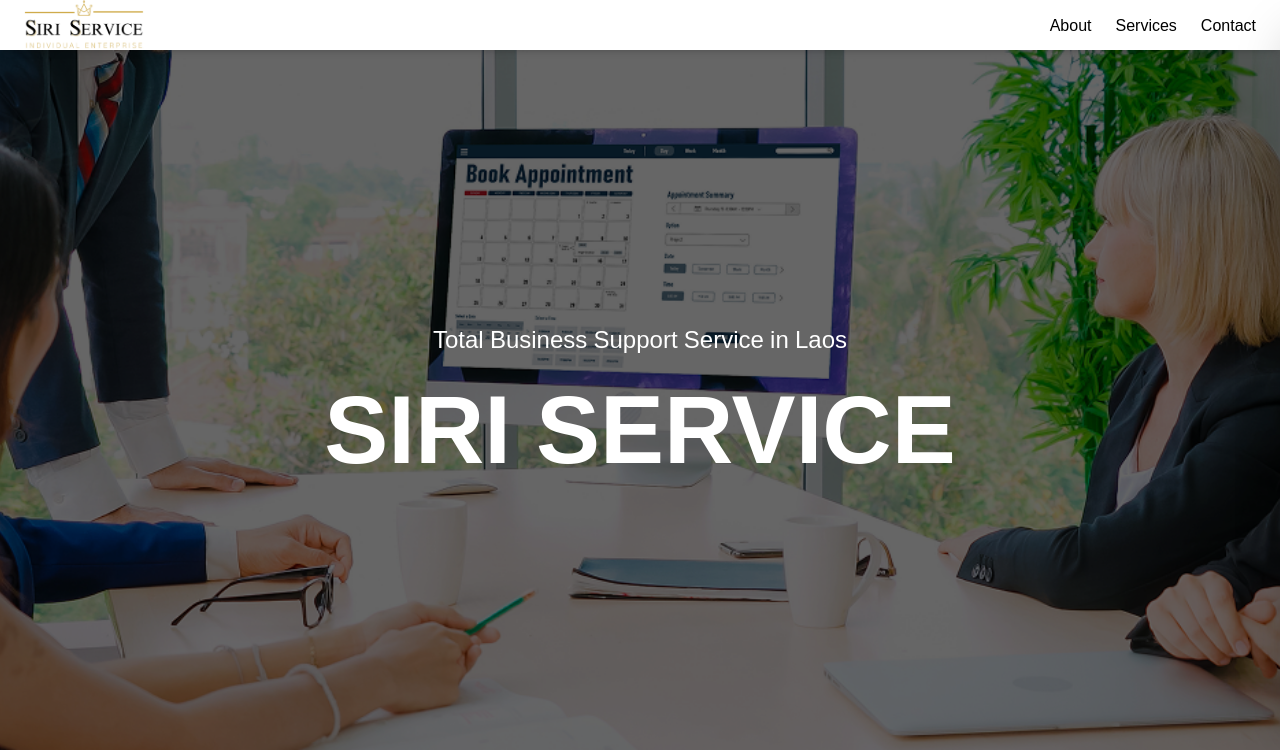
Repository: Phailin-teamplate/siri-service-web
Page: /
An editor plug-in stored every save of this project. The page is shown before and after the next save, followed by the edit.
The browser window is 1280 px wide. The pictures show the whole page.
The project was rebuilt for these pictures with package versions that can differ from the ones it lists, and the page was loaded fresh each time. The framework's server and built-in components were replaced by stand-ins that run in the browser. Also part of the build but not shown: next.config.ts.

Above is the page before, as saved 2025-07-02 13:58:24.

### src/app/layout.tsx
"use client";

import React, { useState, useEffect } from "react";
import { ArrowUpIcon } from "@heroicons/react/24/solid"; // Importing the arrow icon
import { Geist, Geist_Mono } from "next/font/google";
import { Inter, Noto_Sans_Lao } from "next/font/google";
import "./globals.css";
import Navbar from "@/src/components/navbar";

const inter = Inter({ subsets: ["latin"] });
const notoSansLao = Noto_Sans_Lao({ subsets: ["lao"] });

const geistSans = Geist({
  variable: "--font-geist-sans",
  subsets: ["latin"],
});
const geistMono = Geist_Mono({
  variable: "--font-geist-mono",
  subsets: ["latin"],
});

export default function RootLayout({
  children,
}: Readonly<{
  children: React.ReactNode;
}>) {
  const [isVisible, setIsVisible] = useState(false);

  // Detect scroll position and show button when scrolling down
  const handleScroll = () => {
    if (window.scrollY > 300) {
      setIsVisible(true);
    } else {
      setIsVisible(false);
    }
  };

  useEffect(() => {
    window.addEventListener("scroll", handleScroll);
    return () => {
      window.removeEventListener("scroll", handleScroll);
    };
  }, []);

  const scrollToTop = () => {
    window.scrollTo({ top: 0, behavior: "smooth" });
  };

  return (
    <html lang="en">
      <body
        className={`${geistSans.variable} ${geistMono.variable} ${inter.className}  ${notoSansLao.className} antialiased`}
      >
        <Navbar />
        {children}
        {/* <Footer /> */}

        {/* Popup Button with Icon for Scrolling to Top */}
        {isVisible && (
             <button
             onClick={scrollToTop}
             className="fixed bottom-2 right-5 md:bottom-5 md:right-10 bg-blue-500 text-white p-2 md:p-4 rounded-full shadow-lg hover:bg-blue-600 focus:outline-none transition-transform transform hover:scale-110"
           >
             {/* Heroicon Arrow Up Icon */}
             <ArrowUpIcon className="h-5 w-5 md:h-6 md:w-6" />
           </button>
        )}
      </body>
    </html>
  );
}

### src/app/page.tsx
import React from "react";
import Homepage from "@/src/components/Homepage";

export const metadata = {
  title: "About | TEAMPLATE",
  description:
    "Learn about TEAMPLATE — our story, mission, team, and values that drive our innovation.",
  keywords: ["teamplate", "about", "our story", "mission", "values", "team"],
  openGraph: {
    title: "About | TEAMPLATE",
    description:
      "Discover TEAMPLATE's story, mission, and the people behind our success.",
    url: "https://yourdomain.com/about",
    siteName: "TEAMPLATE",
    images: [
      {
        url: "https://yourdomain.com/images/about-og.jpg", // ✅ Replace with actual path
        width: 1200,
        height: 630,
        alt: "About TEAMPLATE",
      },
    ],
    locale: "en_US",
    type: "website",
  },
};

export default function Home() {
  return (
    <section className="w-full" id="about">
      <Homepage/>
    </section>
  );
}

### src/components/navbar.tsx
import { useState, useCallback, useEffect } from "react";
import Image from "next/image";
import { Menu, X } from "lucide-react";
import Logo from "@/public/logo/Siri Service.png";

export default function Navbar() {
  const [isOpen, setIsOpen] = useState(false);

  // Function for smooth scrolling
  const handleSmoothScroll = useCallback((targetId: string) => {
    setIsOpen(false); // Close the sidebar

    if (targetId === "/") {
      window.scrollTo({ top: 0, behavior: "smooth" });
    } else {
      const targetElement = document.querySelector(targetId);
      if (targetElement) {
        targetElement.scrollIntoView({ behavior: "smooth" });
      }
    }
  }, []);

  const [isScrolled, setIsScrolled] = useState(false);

  // Detect scroll to change navbar background
  useEffect(() => {
    const handleScroll = () => {
      const scrollTop = window.scrollY;
      setIsScrolled(scrollTop > 10); // Trigger when scrolled 10px
    };

    window.addEventListener("scroll", handleScroll);

    return () => window.removeEventListener("scroll", handleScroll);
  }, []);

  return (
    <div className="w-full sticky top-0 z-50 bg-white shadow-md">
      <nav className="flex items-center justify-between px-6">
        {/* Logo */}
        <button
          onClick={() => handleSmoothScroll("/")}
          className="p-0 border-none bg-transparent active:opacity-80"
        >
          <Image
            className="w-20 sm:w-20 md:w-30 lg:w-30 xl:w-30 2xl:w-30 h-auto"
            src={Logo}
            alt="Appstore"
            priority
          />
        </button>

        {/* Desktop Links */}
        <div className="hidden md:flex gap-6">
          <button
            onClick={() => handleSmoothScroll("#about")}
            className="hover:text-blue-600 hover:underline transition-colors text-black duration-200 cursor-pointer"
          >
            About
          </button>
          <button
            onClick={() => handleSmoothScroll("#services")}
            className="hover:text-blue-600 hover:underline transition-colors text-black duration-200 cursor-pointer"
          >
            Services
          </button>
          <button
            onClick={() => handleSmoothScroll("#contact")}
            className="hover:text-blue-600 hover:underline transition-colors text-black duration-200 cursor-pointer"
          >
            Contact
          </button>
        </div>

        {/* Mobile Menu Button */}
        <button
          className="md:hidden focus:outline-none"
          onClick={() => setIsOpen(!isOpen)}
          aria-label="Toggle Menu"
        >
          {isOpen ? <X size={28} /> : <Menu size={28} />}
        </button>
      </nav>

      {/* Overlay (Closes menu when clicked) */}
      {isOpen && (
        <div
          className="fixed inset-0 z-40"
          onClick={() => setIsOpen(false)}
        ></div>
      )}

      {/* Mobile Sidebar */}
      <div
        className={`fixed top-0 right-0 h-full w-64 bg-white shadow-2xl p-6 flex flex-col transition-transform ${
          isOpen ? "translate-x-0" : "translate-x-full"
        } duration-300 ease-in-out z-50`}
      >
        {/* Sidebar Header */}
        <div className="flex justify-between items-center pb-4 mt-1">
          <h3 className="text-black text-2xl font-semibold">Menu</h3>
          <button
            className="text-black text-3xl font-bold focus:outline-none"
            onClick={() => setIsOpen(false)}
            aria-label="Close Menu"
          >
            <X size={28} />
          </button>
        </div>

        {/* Sidebar Links */}
        <div className="flex flex-col items-start gap-4 pb-4">
          <button
            onClick={() => handleSmoothScroll("#about")}
            className="hover:text-blue-600 hover:underline transition-colors duration-200 cursor-pointer"
          >
            About
          </button>
          <button
            onClick={() => handleSmoothScroll("#services")}
            className="hover:text-blue-600 hover:underline transition-colors duration-200 cursor-pointer"
          >
            Services
          </button>
          <button
            onClick={() => handleSmoothScroll("#contact")}
            className="hover:text-blue-600 hover:underline transition-colors duration-200 cursor-pointer"
          >
            Contact
          </button>
        </div>
      </div>
    </div>
  );
}

### src/components/Homepage.tsx
import Image from "next/image";
import BgSiri from "@/public/bg-siri.png";
import type { Metadata } from "next";

export const metadata: Metadata = {
  title: "SiriService | About Us",
  description: "We are a Laos-based IT startup aiming for the global market.",
};

export default function Homepage() {
  return (
    <div className="flex flex-col ">
      <div className="flex justify-center">
        <div className="relative w-full h-[400px] xs:h-[600px] sm:h-[650px] md:h-[700px] lg:h-[700px]">
          {/* Background Image */}
          <Image src={BgSiri} alt="StartUp" fill className="object-cover" />

          {/* Gradient Overlay */}
          <div className="absolute inset-0 bg-black/60 z-10" />

          {/* Centered Content */}
          <div className="absolute inset-0 z-20 flex flex-col items-center justify-center text-center px-4">
            <div className="mb-4 sm:mb-6">
              <p className="text-white text-sm xs:text-base sm:text-xl md:text-2xl font-medium">
                Total Business Support Service in Laos
              </p>
            </div>
            <h1 className="text-white text-4xl xs:text-5xl sm:text-6xl md:text-7xl lg:text-8xl font-bold">
              SIRI SERVICE
            </h1>
          </div>
        </div>
      </div>


    </div>
  );
}

Loaded but not shown: src/app/globals.css (common file)

After the next save:
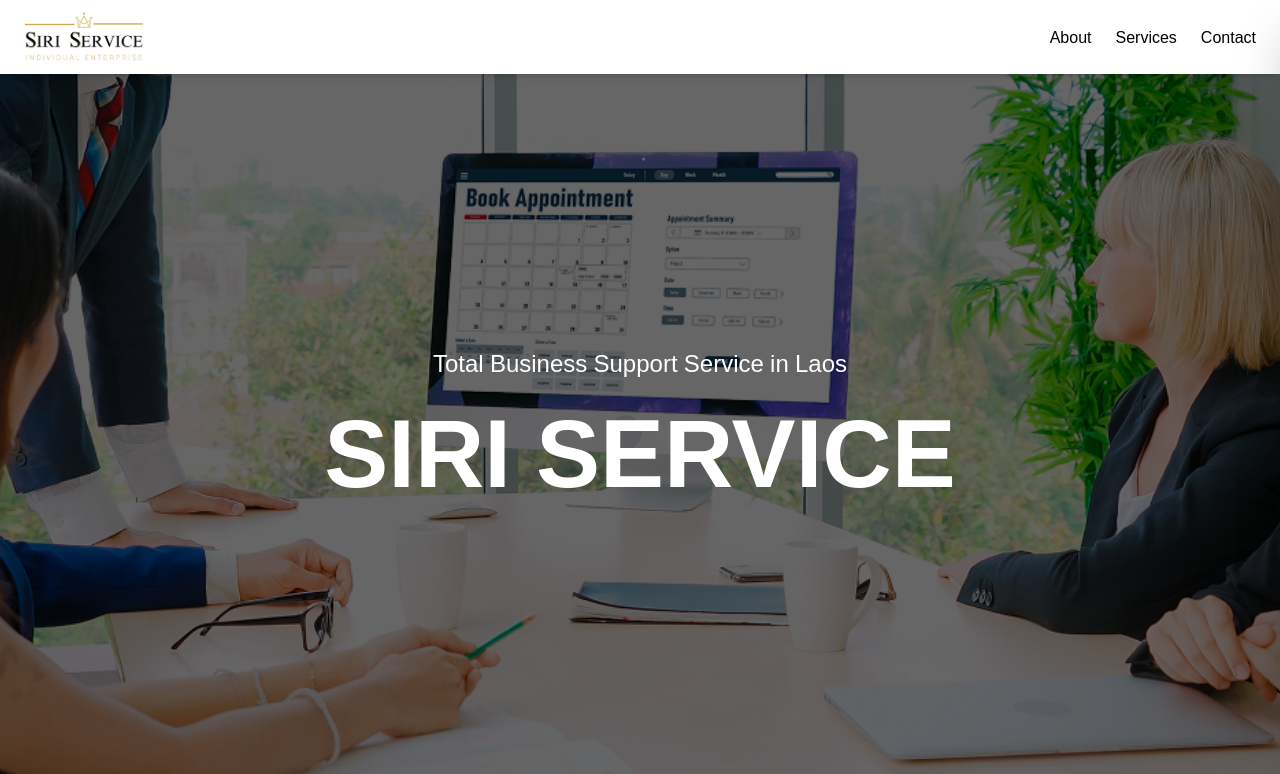
Saved 5 s later.
--- a/src/components/navbar.tsx
+++ b/src/components/navbar.tsx
@@ -36,7 +36,7 @@
 
   return (
     <div className="w-full sticky top-0 z-50 bg-white shadow-md">
-      <nav className="flex items-center justify-between px-6">
+      <nav className="flex items-center justify-between px-6 py-3">
         {/* Logo */}
         <button
           onClick={() => handleSmoothScroll("/")}
